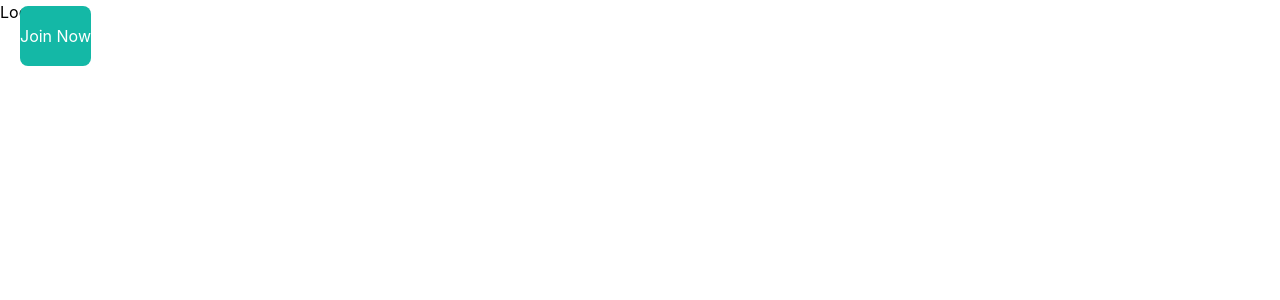
Repository: arafatmollah/auth-app
Page: /
An editor plug-in stored every save of this project. The page is shown before and after a run of saves, followed by the edit.
The browser window is 1280 px wide. The pictures show the whole page.
The project was rebuilt for these pictures with package versions that can differ from the ones it lists, and the page was loaded fresh each time. The framework's server and built-in components were replaced by stand-ins that run in the browser. Also part of the build but not shown: next.config.js.

Above is the page before, as saved 2022-10-03 16:07:03.

After the next 2 saves:
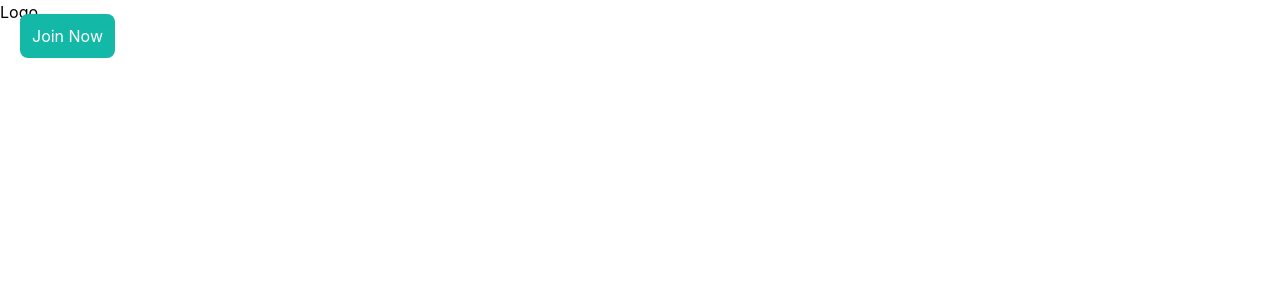
The 2 saves are shown as one change because they came seconds apart.
The last was saved 8 s later.
--- a/components/Nav.js
+++ b/components/Nav.js
@@ -7,7 +7,7 @@ function Nav() {
         <Link href="/">Logo</Link>
         <ul>
             <Link href="/auth">
-            <a className='py-5 bg-teal-500 m-5 rounded-lg text-white'>Join Now</a>
+            <a className='p-3 bg-teal-500 m-5 rounded-lg text-white'>Join Now</a>
             </Link>
         </ul>
     </div>
